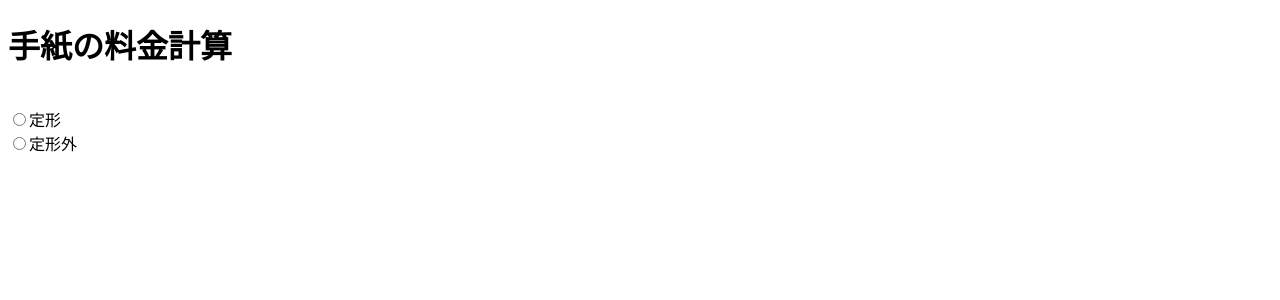
Repository: aiueo20/18ca0155
Page: SSP/kadai0601/WebContent/login.html
The author's editor kept a copy of each file at every save. The page is drawn from the files as they stood at one save, then again after the next save.
The browser window is 1280 px wide. The pictures show the whole page.

Above is the page before, as saved 2019-01-15 02:49:32.

### SSP/kadai0601/WebContent/login.html
<!DOCTYPE html>
<html>
<head>
<meta charset="UTF-8">
<title>Insert title here</title>
</head>
<body>

<h1>手紙の料金計算</h1><br>
<input type="radio" name="teikei" value="定形">定形<br>
<input type="radio" name="teikeigai" value="定形外">定形外<br>



</body>
</html>

After the next save:
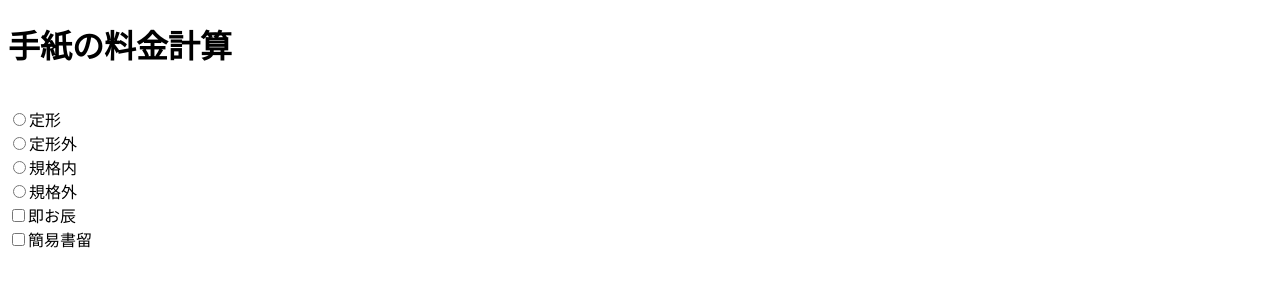
Saved 2 min 57 s later.
--- a/SSP/kadai0601/WebContent/login.html
+++ b/SSP/kadai0601/WebContent/login.html
@@ -9,7 +9,10 @@
 <h1>手紙の料金計算</h1><br>
 <input type="radio" name="teikei" value="定形">定形<br>
 <input type="radio" name="teikeigai" value="定形外">定形外<br>
-
+<input type="radio" name="kikakunai" value="規格内">規格内<br>
+<input type="radio" name="kikakugai" value="規格外">規格外<br>
+<input type="checkbox" name="sokutatu" value="速達">即お辰<br>
+<input type="checkbox" name="kannikakidome" value="簡易書留">簡易書留<br>
 
 
 </body>
